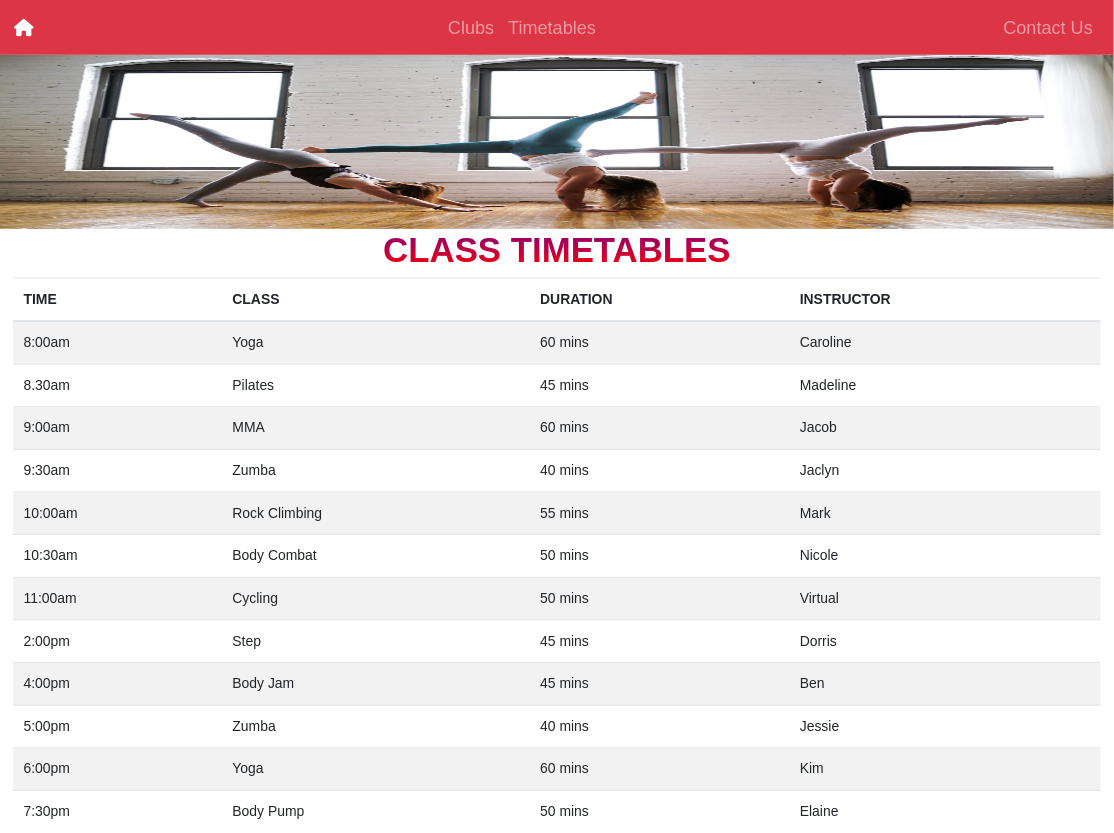
Repository: KJY93/User_Centric_Frontend_Development_Project
Page: timetables.html
The author's editor kept a record of every edit. The page is drawn from the files as they stood at one moment, then again after the next edit.
The browser window is 1280 px wide. The pictures show the whole page, at 87% of full size.
Some web fonts or font styles are not loaded; a fallback is used. Some web libraries are served in a nearby version.

Above is the page before.

### timetables.html
<!DOCTYPE html>
<html lang="en-US">
	<head>
	    <meta charset="UTF-8">
	    <meta name="viewport" content="width=device-width, initial-scale=1.0">
	    <meta http-equiv="X-UA-Compatible" content="ie=edge">
	    <title>Shape Shifters | Our Clubs</title>

		<!-- Google Fonts -->
	    <link href="https://fonts.googleapis.com/css?family=Cute+Font&display=swap" rel="stylesheet">

	    <!-- Logo -->
	    <link rel="icon" href="static/fitness-logo.ico">

	    <!-- Bootstrap CSS -->
	    <link rel="stylesheet" href="https://stackpath.bootstrapcdn.com/bootstrap/4.3.1/css/bootstrap.min.css" integrity="sha384-ggOyR0iXCbMQv3Xipma34MD+dH/1fQ784/j6cY/iJTQUOhcWr7x9JvoRxT2MZw1T" crossorigin="anonymous">

	    <!-- External CSS StyleSheet -->
		<link rel="stylesheet" type="text/css" href="static/styles.css">

		<!-- Bootstrap JS -->
	    <script src="https://code.jquery.com/jquery-3.3.1.slim.min.js" integrity="sha384-q8i/X+965DzO0rT7abK41JStQIAqVgRVzpbzo5smXKp4YfRvH+8abtTE1Pi6jizo" crossorigin="anonymous"></script>
	    <script src="https://cdnjs.cloudflare.com/ajax/libs/popper.js/1.14.7/umd/popper.min.js" integrity="sha384-UO2eT0CpHqdSJQ6hJty5KVphtPhzWj9WO1clHTMGa3JDZwrnQq4sF86dIHNDz0W1" crossorigin="anonymous"></script>
	    <script src="https://stackpath.bootstrapcdn.com/bootstrap/4.3.1/js/bootstrap.min.js" integrity="sha384-JjSmVgyd0p3pXB1rRibZUAYoIIy6OrQ6VrjIEaFf/nJGzIxFDsf4x0xIM+B07jRM" crossorigin="anonymous"></script>

	    <!-- Font Awesome -->
	    <script src="https://kit.fontawesome.com/3df94da5fe.js"></script>
	</head>

	<body>
	    <main>
	        <!-- Navbar -->
			<nav class="navbar navbar-expand-md navbar-dark bg-danger">
			  	<a class="navbar-brand" href="#"><i class="fas fa-home"></i></a>
			  	<button class="navbar-toggler" type="button" data-toggle="collapse" data-target="#navbarNav">
			    <span class="navbar-toggler-icon"></span>
			  	</button>
			  	<div class="collapse navbar-collapse" id="navbarNav">
			    	<ul class="navbar-nav ml-auto">
			      		<li class="nav-item">
			        		<a class="nav-link" href="#">Clubs</a>
			      		</li>
			      		<li class="nav-item">
			        		<a class="nav-link" href="#">Timetables</a>
			      		</li>
			    	</ul>

			    	<ul class="navbar-nav ml-auto">
			      		<li class="nav-item">
			        		<a class="nav-link" href="#">Contact Us</a>
			      		</li>
			    	</ul>
			  	</div>
			</nav>

			<!-- Timetables background -->
			<div id="timetables-header-background"></div>

			<!-- Class Timetables Header-->
			<div>
				<h1 class="club-header"><strong>CLASS TIMETABLES</strong></h1>
			</div>

			<!-- Timetables -->
			<div class="container-fluid">
                <table class="table table-striped">
                    <thead>
                        <tr>
                            <th scope="col">TIME</th>
                            <th scope="col">CLASS</th>
                            <th scope="col">DURATION</th>
                            <th scope="col">INSTRUCTOR</th>
                        </tr>
                    </thead>
                    <tbody>
                        <tr>
                            <td>8:00am</td>
                            <td>Yoga</td>
                            <td>60 mins</td>
                            <td>Caroline</td>
                        </tr>
                        <tr>
                            <td>8.30am</td>
                            <td>Pilates</td>
                            <td>45 mins</td>
                            <td>Madeline</td>
                        </tr>
                        <tr>
                            <td>9:00am</td>
                            <td>MMA</td>
                            <td>60 mins</td>
                            <td>Jacob</td>
                        </tr>
                        <tr>
                            <td>9:30am</td>
                            <td>Zumba</td>
                            <td>40 mins</td>
                            <td>Jaclyn</td>
                        </tr>
                        <tr>
                            <td>10:00am</td>
                            <td>Rock Climbing</td>
                            <td>55 mins</td>
                            <td>Mark</td>
                        </tr>
                        <tr>
                            <td>10:30am</td>
                            <td>Body Combat</td>
                            <td>50 mins</td>
                            <td>Nicole</td>
                        </tr>
                        <tr>
                            <td>11:00am</td>
                            <td>Cycling</td>
                            <td>50 mins</td>
                            <td>Virtual</td>
                        </tr>
                        <tr>
                            <td>2:00pm</td>
                            <td>Step</td>
                            <td>45 mins</td>
                            <td>Dorris</td>
                        </tr>
                        <tr>
                            <td>4:00pm</td>
                            <td>Body Jam</td>
                            <td>45 mins</td>
                            <td>Ben</td>
                        </tr>
                        <tr>
                            <td>5:00pm</td>
                            <td>Zumba</td>
                            <td>40 mins</td>
                            <td>Jessie</td>
                        </tr>
                        <tr>
                            <td>6:00pm</td>
                            <td>Yoga</td>
                            <td>60 mins</td>
                            <td>Kim</td>
                        </tr>
                        <tr>
                            <td>7:30pm</td>
                            <td>Body Pump</td>
                            <td>50 mins</td>
                            <td>Elaine</td>
                        </tr>
                    </tbody>
                </table>
            </div>

	    </main>
	</body>
</html>

### static/styles.css
body, html {
	height: 100%;
}

body {
	font-family: 'Cute Font', cursive, sans-serif;
}

input[type="email"] {
  background: transparent;
  border: none;
  border-bottom: 1px solid #a9a9a9;
  box-shadow: none;
  border-radius: 0;
}

.iframe-video-size {
	width: 300px;
	height: 320px;
}

.social-media-logo {
	margin-right: 5px;
}

.separator {
	margin-bottom: 10px;
	height: 2px;
	width: 30px;
	background: rgb(255, 0, 0);
	z-index: 1;
}

.row {
	margin-left: 0;
	margin-right: 0;
}

#advert > h1 {
	color: #ffffff;
}

#signup-link {
	color: #ffffff;
}

input[type="email"] {
 	font-size: 1em;
}

.col-sm-12, .col-md-6, .nav-link, #signup-link {
	font-size: 1.3em;
}

.link-deco:link {
	text-decoration: none;
}

.link-deco:hover {
	font-size:120%;
}

.link-font-color, button > .link-deco:hover {
	color: #ffffff;
}

.box2, .box3 {
	background: rgba(255,117,117,0.1);
}

.button-container, p, .challenge-container, #signup-container, .box3, .box2 {
	text-align: center;
}

#divider {
	width: 100%;
	border: 1px solid black;
}

footer {
	padding-top: 35px;
	padding-bottom: 35px;
	background: rgba(0, 0, 0);
	color: #ffffff;
}

.box1 {
	background:url('../static/background-mobile.jpg');
	background-repeat: no-repeat;
	background-size: 100% 100%;
	height: 400px;
	display: flex;
	align-items: center;
	justify-content: center;
}

/*https://codepen.io/adamjohnson/pen/aokGt*/
/* Skew button design adapted from the above codepen project*/
.submit-btn {
	color: #fff;
	background: #ff0000;
	font-weight: 700;
	text-align: center;
	text-decoration: none;
	border: 0;
	outline: 0;
	font-size: 1.2rem;
	padding: 12px 35px;
	display: inline-block;
	transform: skew(-21deg);
	border-radius: 0;
}

.input-field-container {
	display: flex;
	flex-direction: row;
}

.submit-btn:hover {
	background: #0069a8;
}

span {
	display: inline-block; /* change to inline-block so that the text can be un-skewed*/
}

.submit-btn > span {
	-webkit-transform: skew(21deg);  /* Un-skew the text */
}

.btn-group {
	padding-left: 15px;
}

.flag-logo {
	padding-right: 10px;
}

#club-header-background {
	background:url('../static/bodycombat.jpg');
	background-repeat: no-repeat;
	background-size: 100% 100%;
	height: 200px;
}

.club-header {
	text-align: center;
	background: linear-gradient(to top, #ff0000 , #800080);
	-webkit-background-clip: text;
	-webkit-text-fill-color: transparent;
	font-size: 2.5em;
}

.location {
	display: flex;
	flex-direction: column;
	justify-content: center;
	align-items: center;
	color: #ffffff;
	margin-bottom: 20px;
}

.location:link {
	text-decoration: none;
}

.location:hover {
	opacity: 0.8;
}

.location:hover .location-name, .location:hover .club-info {
	background: linear-gradient(to top, #ff0000 , #ff9800);
	-webkit-background-clip: text;
	-webkit-text-fill-color: transparent;
}

.location-name {
	font-size: 2.3em;
}

.club-info {
	font-size: 1.2em;
	border: 1px solid #ffffff;
	padding-left: 20px;
	padding-right: 20px;
	border-radius: 20px;
}

#location-image-1 {
	background:url('../static/paragon.jpg');
    background-size: 100% 100%;
    background-repeat: no-repeat;
    background-position: center;
	border-radius: 10px;
	height: 250px;
}

#location-image-2 {
	background:url('../static/clarke-quay.jpg');
    background-size: 100% 100%;
    background-repeat: no-repeat;
    background-position: center;
	border-radius: 10px;
	height: 250px;
}

#location-image-3 {
	background:url('../static/tanjongpagar.jpg');
    background-size: 100% 100%;
    background-repeat: no-repeat;
    background-position: center;
	border-radius: 10px;
	height: 250px;
}

#location-image-4 {
	background:url('../static/vivocity.jpg');
    background-size: 100% 100%;
    background-repeat: no-repeat;
    background-position: center;
	border-radius: 10px;
	height: 250px;
}

#location-image-5 {
	background:url('../static/rafflesplace.jpg');
    background-size: 100% 100%;
    background-repeat: no-repeat;
    background-position: center;
	border-radius: 10px;
	height: 250px;
}

#location-image-6 {
	background:url('../static/rafflesmall.jpg');
    background-size: 100% 100%;
    background-repeat: no-repeat;
    background-position: center;
	border-radius: 10px;
	height: 250px;
}

#timetables-header-background {
	background:url('../static/groupyoga.jpg');
	background-repeat: no-repeat;
	background-size: 100% 100%;
	height: 200px;
}

/* for extra small device */
@media (max-width: 400px) {
	.iframe-video-size {
	width: 260px;
	height: 320px;
	}

	#club-header-background {
		height: 160px;
	}

	.club-header {
		font-size: 2.0em;
	}

	.location-name {
		font-size: 2.0em;
	}

	.club-info {
		font-size: 1.0em;
	}
}

/* for medium screen device */
@media (min-width: 768px) and (max-width: 991.98px) {
	.box1 {
		background:url('../static/background.jpg');
		background-repeat: no-repeat;
		height: 550px;
		background-size: 100% 100%;
	}

	.box2 {
		text-align: center;
	}

	.btn-group {
		padding-left: 0;
	}

	.iframe-video-size {
		width: 340px;
		height: 320px;
	}

}

/* for large screen device */
@media (min-width: 992px) {
	.box1 {
		background:url('../static/background.jpg');
		background-repeat: no-repeat;
		height: 600px;
		background-size: 100% 100%;
	}

	.btn-group {
		padding-left: 0;
	}

	.submit-btn {
		padding: 3px 35px;
	}

	.iframe-video-size {
		width: 470px;
		height: 320px;
	}

	#club-header-background {
		height: 376px;
	}

}

After the next edit:
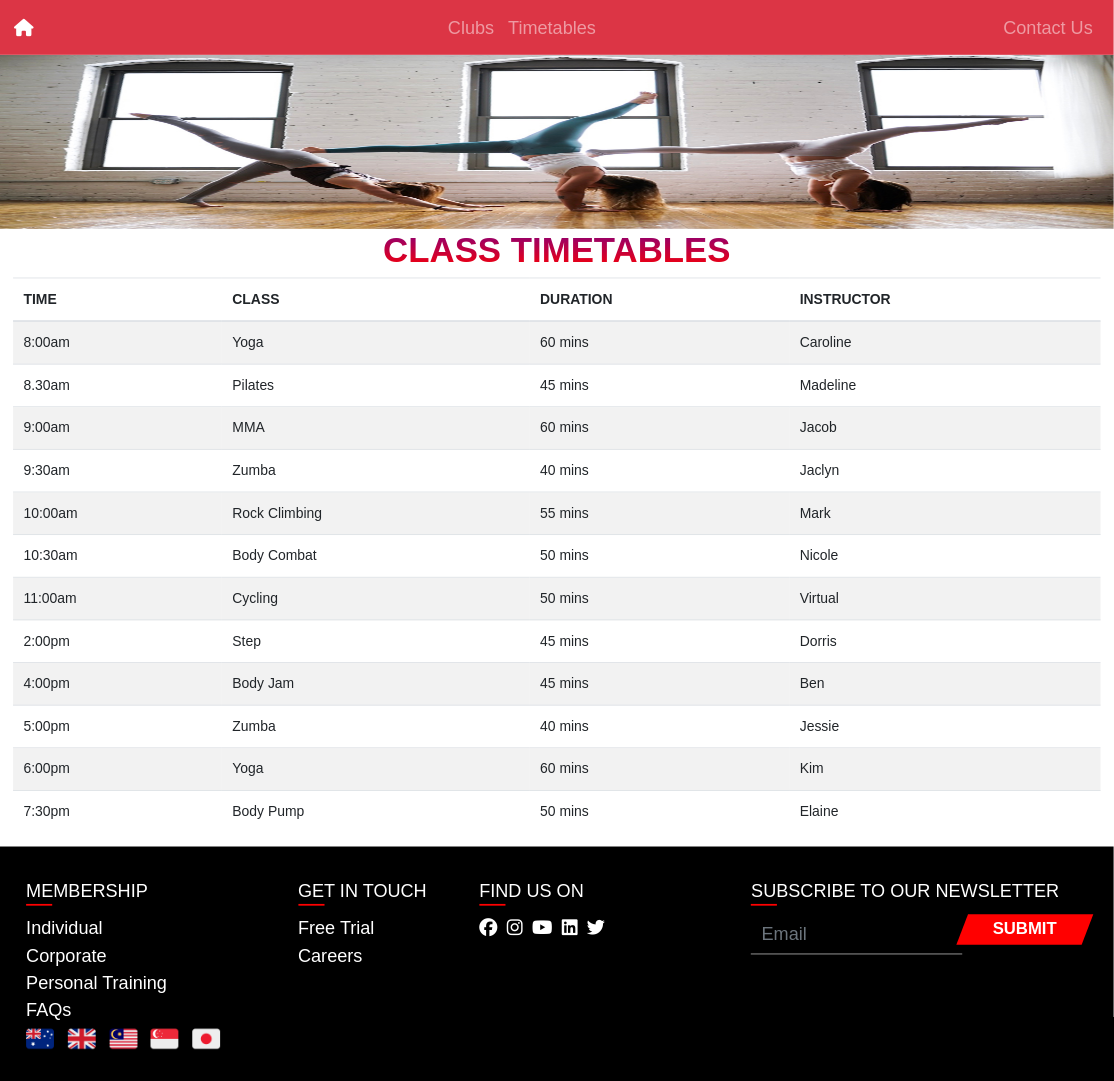
The edit:
--- a/timetables.html
+++ b/timetables.html
@@ -149,6 +149,68 @@
                 </table>
             </div>
 
+			<!-- Footer -->
+			<footer>
+				<div class="container-fluid">
+					<div class="row">
+						<div class="col-sm-12 col-md-3">
+							<div>MEMBERSHIP</div>
+							<div class="separator"></div>
+							<div>Individual</div>
+							<div>Corporate</div>
+							<div>Personal Training</div>
+							<div>FAQs</div>
+						</div>
+
+						<div class="col-sm-12 col-md-2">
+							<div>GET IN TOUCH</div>
+							<div class="separator"></div>
+							<div>Free Trial</div>
+							<div>Careers</div>
+						</div>
+
+						<div class="col-sm-12 col-md-3">
+							<div>FIND US ON</div>
+							<div class="separator"></div>
+							<div>
+								<i class="fab fa-facebook social-media-logo"></i>
+								<i class="fab fa-instagram social-media-logo"></i>
+								<i class="fab fa-youtube social-media-logo"></i>
+								<i class="fab fa-linkedin social-media-logo"></i>
+								<i class="fab fa-twitter social-media-logo"></i>
+							</div>
+						</div>
+
+						<div class="col-sm-12 col-md-4">
+							<div>SUBSCRIBE TO OUR NEWSLETTER</div>
+
+							<div class="separator"></div>
+
+							<form method="post" action="">
+								<div class="input-field-container">
+									<div class="form-group">
+										<input type="email" class="form-control" placeholder="Email" required>
+									</div>
+
+									<div class="each">
+										<button type="button" class="submit-btn" value="submit"><span>SUBMIT</span></button>
+									</div>
+								</div>
+							</form>
+						</div>
+
+						<div class="col-sm-12">
+							<img class="flag-logo" src="static/australia-flag.png" alt="australia flag"/>
+							<img class="flag-logo" src="static/uk-flag.png" alt="uk flag"/>
+							<img class="flag-logo" src="static/mys-flag.png" alt="malaysia flag"/>
+							<img class="flag-logo" src="static/sg-flag.png" alt="singapore flag"/>
+							<img class="flag-logo" src="static/jpn-flag.png" alt="japan flag"/>
+						</div>
+
+					</div>
+				</div>
+			</footer>
+
 	    </main>
 	</body>
 </html>
